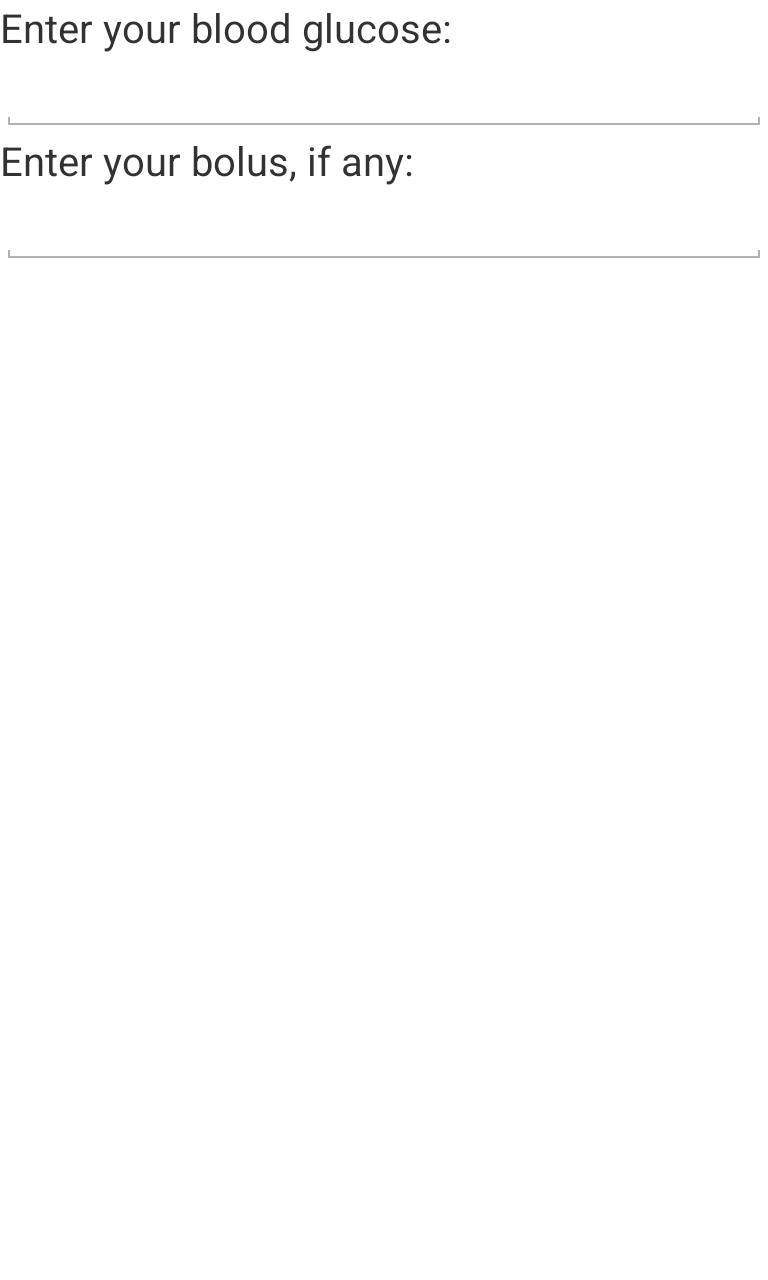
Repository: dekigo/GluNote
Layout: Glunote/res/layout/activity_testing_page.xml
These files come from the project's save history. The layout is drawn as it stood at one moment and after the next save; the edit follows.
It is drawn on a 768 x 1280 px phone screen (xhdpi) without system bars, with theme AppTheme; the app's code is not run.

Above is the layout before, as saved 2013-07-23 13:03:13.

### Glunote/res/layout/activity_testing_page.xml
<?xml version="1.0" encoding="utf-8"?>
<LinearLayout xmlns:android="http://schemas.android.com/apk/res/android"
    xmlns:tools="http://schemas.android.com/tools"
    android:layout_width="match_parent"
    android:layout_height="match_parent"
    android:orientation="vertical" >

    <TextView
        android:layout_width="wrap_content"
        android:layout_height="wrap_content"
        android:text="@string/Test_Page_Glucose"
        android:textSize="20sp" />

    <EditText android:id="@+id/Test_Page_Glucose_Amt"
        android:layout_width="match_parent"
        android:layout_height="wrap_content"
        android:inputType="number"
    />

    <TextView
        android:layout_width="wrap_content"
        android:layout_height="wrap_content"
        android:text="@string/Test_Page_Bolus"
        android:textSize="20sp"
    />

    <EditText android:id="@+id/Test_Page_Bolus_Amt"
        android:layout_width="match_parent"
        android:layout_height="wrap_content"
        android:inputType="number"
    />

</LinearLayout>

### Glunote/res/values/strings.xml
<?xml version="1.0" encoding="utf-8"?>
<resources>

    <string name="app_name">Glunote</string>
    <string name="action_settings">Settings</string>
    <string name="Test_Input">Record a Testing Event</string>
    <string name="Carb_Input">Track your Carbs</string>
    <string name="title_activity_testing_page">TestingPageActivity</string>
    <string name="Test_Page_Glucose">Enter your blood glucose:</string>
    <string name="Test_Page_Bolus">Enter your bolus, if any:</string>
    <string name="title_activity_carbs_page">CarbsPageActivity</string>
    <string name="hello_world">Hello world!</string>
    <string name="Carbs_Page_Meal">Which Meal?</string>
    <string name="Carbs_Page_Carbs">Enter total carbs:</string>
    <string name="Enter">Enter</string>
    <string name="Total_Carbs">Carbs Today:</string>

    <string-array name="meal_array">
        <item>Breakfast</item>
        <item>Lunch</item>
        <item>Dinner</item>
        <item>Snack</item>
    </string-array>

</resources>

Loaded but not shown: Glunote/res/values/styles.xml (common file); Glunote/res/values-v11/styles.xml (common file); Glunote/res/values-v14/styles.xml (common file)

After the next save:
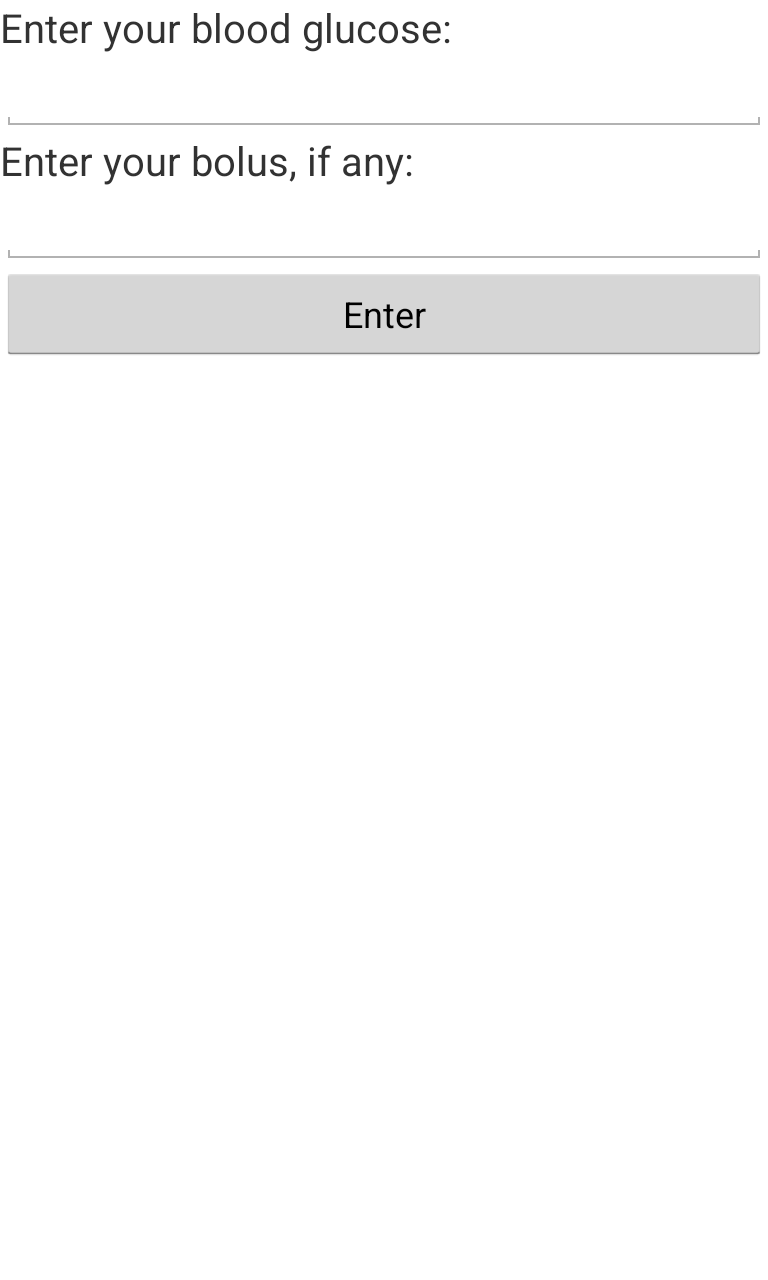
Saved 24 min 18 s later.
--- a/Glunote/res/layout/activity_testing_page.xml
+++ b/Glunote/res/layout/activity_testing_page.xml
@@ -30,4 +30,11 @@
         android:inputType="number"
     />
 
+    <Button
+        android:layout_width="match_parent"
+        android:layout_height="wrap_content"
+        android:text="@string/Enter"
+        android:onClick="Save_Test_Entry"
+    />
+
 </LinearLayout>
